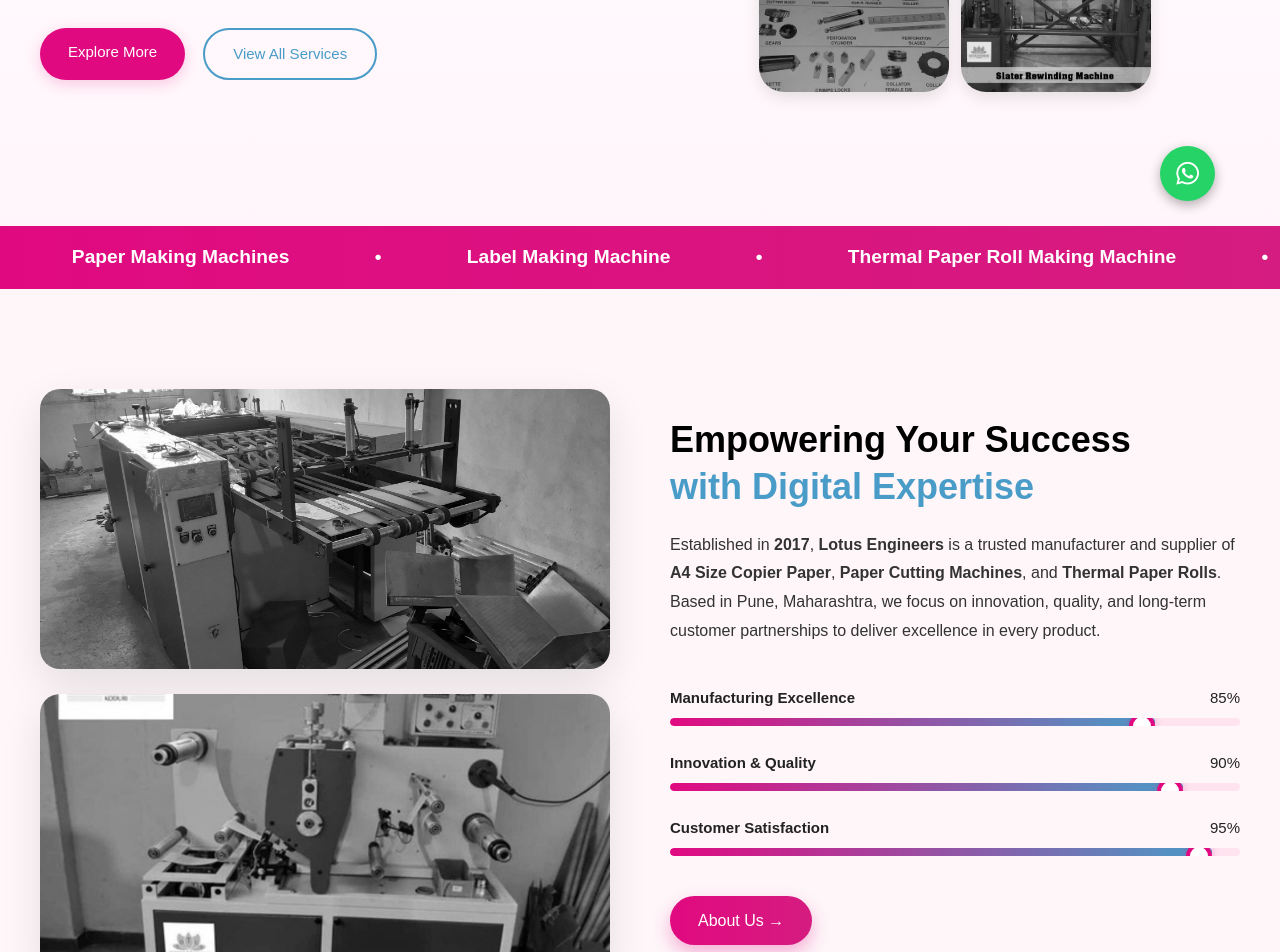
Repository: Khushichugh14/lotus-engineers
Page: index.html
These files come from the project's save history. The page is drawn as it stood at one moment and after the next save; the edit follows.
The browser window is 1280 px wide. The pictures show the part of the page from y = 494 to 1446 px (the page is 4456 px tall).
A picture or video elsewhere on the page could not be fetched, so the positions and the page height are approximate.

Above is the page before, as saved 2025-12-24 16:57:24.

### index.html
<!DOCTYPE html>
<html lang="en">

<head>
  <meta charset="UTF-8" />
  <meta name="viewport" content="width=device-width, initial-scale=1.0" />
  <title>Lotus Engineers</title>
  <link rel="stylesheet" href="style.css" />
  <script src="script.js" defer></script>
  <!-- Font Awesome Icons -->
  <link rel="stylesheet" href="navbar.css" />
  <script src="navbar.js" defer></script>
  <link rel="stylesheet" href="footer.css" />
  <link rel="stylesheet" href="https://cdnjs.cloudflare.com/ajax/libs/font-awesome/6.5.1/css/all.min.css" />


</head>

<body>




  <!-- ===== Hero Section ===== -->
  <section id="home" class="hero">
    <div class="hero-container">
      <!-- Left Content -->
      <div class="hero-left">
        <h5>Reliable Industrial Partners</h5>
        <h1>Empowering Your Success with <span>Lotus Engineers</span></h1>
        <p>
          Your trusted partner for industrial machinery and printing solutions,
          blending innovation with excellence.
        </p>
        <div class="hero-buttons">
          <a href="#products" class="btn primary">Explore More</a>
          <a href="#about" class="btn secondary">View All Services</a>
        </div>
      </div>

      <!-- Right Image Grid -->
      <div class="hero-right">
        <div class="image-grid">
          <img src="images/atm-1.jpeg.jpg" alt="">
          <img src="images/flexo-label-printing-machine (1).jpg" alt="">
          <img src="images/WhatsApp Image 2025-11-14 at 11.52.01_70df9b95.jpg" alt="">
          <img src="images/slater-.jpeg.jpg" alt="">
        </div>

      </div>
    </div>
  </section>


  <section class="product-strip">
    <div class="scrolling-wrapper">
      <div class="scrolling-content">
        <span>Cutting Machine</span>
        <span>•</span>
        <span>Printing Machine</span>
        <span>•</span>
        <span>Paper Making Machines</span>
        <span>•</span>
        <span>Label Making Machine</span>
        <span>•</span>
        <span>Thermal Paper Roll Making Machine</span>
        <span>•</span>
        <span>Flexographic Printing Machine</span>
        <span>•</span>
        <span>Slitter Rewinder Machine</span>
        <span>•</span>
        <span>Die Cutting Machine</span>
        <span>•</span>
        <span>Sheet Cutting Machine</span>
        <span>•</span>
        <span>Packaging Label Machine</span>
        <span>•</span>
        <span>Automatic Labeling Machine</span>
        <span>•</span>
        <span>Paper Cutting Machine</span>
        <span>•</span>
      </div>
    </div>
  </section>

  <!-- ===== About Us Section ===== -->
  <section id="about" class="about">
    <div class="about-container">
      <!-- LEFT SIDE IMAGES -->
      <div class="about-left">
        <div class="img-top">
          <img src="images/product-jpeg (1).jpg" alt="Team Discussion" />
        </div>
        <div class="img-bottom">
          <img src="images/rotary-die-cutting-machine.jpg" alt="Business Meeting" />
        </div>
      </div>

      <!-- RIGHT SIDE CONTENT -->
      <div class="about-right">
        <h2>Empowering Your Success<br /><span>with Digital Expertise</span></h2>
        <p>
          Established in <strong>2017</strong>, <strong>Lotus Engineers</strong> is a trusted manufacturer and supplier
          of
          <strong>A4 Size Copier Paper</strong>, <strong>Paper Cutting Machines</strong>, and
          <strong>Thermal Paper Rolls</strong>. Based in Pune, Maharashtra, we focus on
          innovation, quality, and long-term customer partnerships to deliver excellence in
          every product.
        </p>

        <div class="progress-section">
          <div class="progress-item">
            <div class="label">
              <strong>Manufacturing Excellence</strong> <span>85%</span>
            </div>
            <div class="progress-bar">
              <div class="progress" style="width: 85%"></div>
            </div>
          </div>

          <div class="progress-item">
            <div class="label">
              <strong>Innovation & Quality</strong> <span>90%</span>
            </div>
            <div class="progress-bar">
              <div class="progress" style="width: 90%"></div>
            </div>
          </div>

          <div class="progress-item">
            <div class="label">
              <strong>Customer Satisfaction</strong> <span>95%</span>
            </div>
            <div class="progress-bar">
              <div class="progress" style="width: 95%"></div>
            </div>
          </div>
        </div>
        <a href="#about-us" class="btn-about">About Us →</a>
      </div>
    </div>
  </section>

  <!-- ===== Why Choose Us Section ===== -->
  <section id="why-us" class="why-choose-us">
    <div class="wcu-container">
      <div class="wcu-left">
        <div class="finix-text">
          <h6>Transparent process</h6>
          <h2>Why people choose us</h2>
          <p>We follow a clear end‑to‑end process: consult, design, manufacture, install, and support. Timelines are
            shared upfront, quality is documented, and communication stays transparent at every step.</p>
          <div class="wcu-media">
            <img src="https://raw.githubusercontent.com/farazc60/Project-Images/main/why_choose_us.png"
              alt="Why choose us image">
          </div>
        </div>
      </div>
      <div class="wcu-right">
        <div class="wcu-features">
          <div class="feature-box">
            <div class="feature-box-content">
              <div class="fbc-btn"><span>✓</span></div>
              <h3>Quality Assurance</h3>
              <p>ISO-aligned checks, component testing, and trial runs ensure dependable performance.</p>
            </div>
          </div>
          <div class="feature-box">
            <div class="feature-box-content">
              <div class="fbc-btn"><span>⏱</span></div>
              <h3>On-time Delivery</h3>
              <p>Committed schedules backed by planned production and reliable logistics.</p>
            </div>
          </div>
          <div class="feature-box">
            <div class="feature-box-content">
              <div class="fbc-btn"><span>🛠</span></div>
              <h3>PAN‑India Service</h3>
              <p>Installation, training, and responsive after‑sales support across India.</p>
            </div>
          </div>
          <div class="feature-box active-feature">
            <div class="feature-box-content">
              <div class="fbc-btn"><span>₹</span></div>
              <h3>Transparent Pricing</h3>
              <p>Fair quotations with no hidden costs and clear total‑cost ownership.</p>
            </div>
          </div>
        </div>
      </div>
    </div>
  </section>

  <!-- ===== Products Section ===== -->
  <section id="products" class="products">
    <div class="products-head">
      <h2>Our Products</h2>
      <p>Precision-built machinery for modern manufacturing.</p>
    </div>
    <div class="product-grid premium">
      <div class="product-card glass">
        <div class="pc-img">
          <img src="images/rotary-die-cutting-machine.jpg" alt="Rotary Die Cutting Machine" />
          <span class="pc-tag">Cutting</span>
        </div>
        <div class="pc-body">
          <h3>Rotary Die Cutting</h3>
          <p>High precision, robust build, efficient throughput.</p>
        </div>
      </div>
      <div class="product-card glass">
        <div class="pc-img">
          <img src="images/paper-cutting-machine.jpeg.jpg" alt="Paper Sheet Cutting Machine" />
          <span class="pc-tag">Cutting</span>
        </div>
        <div class="pc-body">
          <h3>Paper Sheet Cutting</h3>
          <p>Reliable, fast, and safety compliant for industry.</p>
        </div>
      </div>
      <div class="product-card glass">
        <div class="pc-img">
          <img src="images/paper-slitting-machine-250x250.webp" alt="Paper Slitting Machine" />
          <span class="pc-tag">Slitting</span>
        </div>
        <div class="pc-body">
          <h3>Paper Slitting</h3>
          <p>Precision slitting with low maintenance design.</p>
        </div>
      </div>
      <div class="product-card glass">
        <div class="pc-img">
          <img src="images/flexo-label-printing-machine.jpg" alt="Flexographic Printing Machine" />
          <span class="pc-tag">Printing</span>
        </div>
        <div class="pc-body">
          <h3>Flexographic Printing</h3>
          <p>High-speed printing with consistent quality output.</p>
        </div>
      </div>
    </div>
    <div class="products-foot">
      <a href="products.html" class="btn primary">View All Products</a>
    </div>


  </section>








  <!-- ===== Testimonials Section ===== -->
  <section id="testimonials" class="testimonials">
    <h2>What Our Clients Say</h2>

    <div class="testimonial-box">

      <!-- Testimonial 1 -->
      <div class="info t1">
        <p>"Lotus Engineers provided excellent quality and timely service. Highly recommended!
          Lotus Engineers provided excellent quality and timely service. Highly recommended! "</p>
        <h4>— Ramesh Industries</h4>
        <div class="bottom-line"></div>
      </div>

      <!-- Testimonial 2 -->
      <div class="info t2">
        <p>"Their machines are durable and efficient. We’ve been long-term customers."</p>
        <h4>— Global Print Solutions</h4>
        <div class="bottom-line"></div>
      </div>

      <!-- Testimonial 3 -->
      <div class="info t3">
        <p>"Exceptional customer service and reliable machinery!"</p>
        <h4>— Sai Packaging Pvt. Ltd.</h4>
        <div class="bottom-line"></div>
    </div>
    </div>
  </section>

  <section id="floating-buttons" style="
  position: fixed;
  bottom: 25px;
  right: 25px;
  display: flex;
  flex-direction: column;
  gap: 12px;
  z-index: 9999;
">

    <!-- Back to Top -->
    <button id="backToTop" title="Back to Top" style="
      background:#e10980;
      width:55px;
      height:55px;
      border-radius:50%;
      display:flex;
      align-items:center;
      justify-content:center;
      box-shadow:0 4px 12px rgba(0,0,0,.3);
      color:white;
      font-size:22px;
      border:none;
      cursor:pointer;
      display:none;
    ">
      <i class="fa-solid fa-arrow-up"></i>
    </button>

    <!-- WhatsApp -->
    <a href="https://wa.me/7720060073" target="_blank" style="
      background:#25D366;
      width:55px;
      height:55px;
      border-radius:50%;
      display:flex;
      align-items:center;
      justify-content:center;
      box-shadow:0 4px 12px rgba(0,0,0,.3);
      color:white;
      font-size:26px;
     " title="Chat on WhatsApp">
      <i class="fa-brands fa-whatsapp"></i>
    </a>
  </section>



</body>

</html>

### script.js
// Mobile menu toggle

const menuToggle = document.getElementById("menu-toggle");
const navLinks = document.querySelector(".nav-links");

if (menuToggle && navLinks) {
  menuToggle.addEventListener("click", () => {
    navLinks.classList.toggle("active");
  });
}



const testimonials = document.querySelector('.testimonials');
if ('IntersectionObserver' in window && testimonials) {
  const io = new IntersectionObserver((entries) => {
    entries.forEach((entry) => {
      if (entry.isIntersecting) {
        testimonials.classList.add('visible');
      } else {
        testimonials.classList.remove('visible');
      }
    });
  }, { threshold: 0.3 });
  io.observe(testimonials);
}

// Back to Top button
const backToTop = document.getElementById("backToTop");

window.addEventListener("scroll", () => {
  if (window.scrollY > 300) {
    backToTop.style.display = "flex";
  } else {
    backToTop.style.display = "none";
  }
});

backToTop.addEventListener("click", () => {
  window.scrollTo({
    top: 0,
    behavior: "smooth"
  });
});

### navbar.css
/* ========================== TOP BAR ========================== */
.top-bar {
  background: linear-gradient(90deg, #e10980, #d51c80);
  color: #fff;
  display: flex;
  justify-content: space-between;
  align-items: center;
  padding: 8px 40px;
  font-size: 14px;
}

.contact-info span {
  margin-right: 20px;
  display: inline-flex;
  align-items: center;
}

/* ========================== SOCIAL ICONS ========================== */
.social-icons {
  display: flex;
  align-items: center;
  gap: 15px;
}

.social-icons a {
  display: inline-flex;
  align-items: center;
  justify-content: center;
  width: 34px;
  height: 34px;
  border-radius: 50%;
  background: #fff;
  overflow: hidden;
  transition: transform 0.3s ease, box-shadow 0.3s ease;
}

.social-icons a:hover {
  transform: translateY(-3px);
  box-shadow: 0 4px 10px rgba(225, 9, 128, 0.3);
}

.social-icons img {
  width: 20px;
  height: 20px;
  object-fit: contain;
  transition: transform 0.3s ease;
}
.social-icons a:hover img { transform: scale(1.08); }


/* ========================== NAVBAR ========================== */
.navbar {
  position: fixed;
  top: 0;
  width: 100%;
  background: rgba(255, 255, 255, 0.95);
  backdrop-filter: blur(10px);
  z-index: 999;
  box-shadow: 0 4px 20px rgba(225, 9, 128, 0.1);
  transition: all 0.3s ease;
}

.nav-container {
  display: flex;
  align-items: center;
  justify-content: space-between;
  padding: 15px 20px;
  max-width: 1300px;
  margin: auto;
}

.logo img {
  width: 130px;
  transition: transform 0.3s ease;
}

.logo img:hover {
  transform: scale(1.05);
}

.nav-links {
  display: flex;
  gap: 30px;
  align-items: center;
}

.nav-links a {
  color: #2b2b2b;
  font-weight: 500;
  position: relative;
  transition: color 0.3s ease;
  text-decoration: none;
}

.nav-links a::after {
  content: "";
  position: absolute;
  bottom: -6px;
  left: 0;
  width: 0%;
  height: 2px;
  background: linear-gradient(90deg, #e10980, #499cc8);
  transition: width 0.3s ease;
}

.nav-links a:hover::after,
.nav-links a.active::after {
  width: 100%;
}



.nav-links a:hover,
.nav-links a.active {
  color: #e10980;
}

/* ====== Search Box ====== */
.search-box {
  display: flex;
  align-items: center;
  border: 1.5px solid #e10980;
  border-radius: 25px;
  overflow: hidden;
  transition: 0.3s ease;
}

.search-box input {
  padding: 8px 12px;
  border: none;
  outline: none;
  font-size: 14px;
  width: 160px;
  transition: width .25s ease;
}

.search-box:focus-within input {
  width: 320px;
}

.search-box button {
  background: linear-gradient(90deg, #e10980, #499cc8);
  color: #fff;
  border: none;
  padding: 8px 15px;
  font-size: 14px;
  cursor: pointer;
  transition: opacity 0.3s ease;
}

.search-box button:hover {
  opacity: 0.85;
}

/* ====== Mobile Menu ====== */
.menu-toggle {
  display: none;
  color: #e10980;
  font-size: 26px;
  cursor: pointer;
}

/* ====== Mobile Dropdown Menu (NO OUTER BLOCK) ====== */
@media (max-width: 1024px) {

  .menu-toggle {
    display: block;
  }

  .search-box {
    display: none;
  }

  /* Dropdown container (no background, no card) */
  .nav-links {
    display: none;
    flex-direction: column;
    position: fixed;
    top: 120px;
    left: 50%;
    transform: translateX(-50%);
    width: 90%;
    max-width: 360px;
    padding: 0;                /* 🔴 no outer padding */
    background: transparent;  /* 🔴 remove outer block */
    box-shadow: none;         /* 🔴 remove outer shadow */
    gap: 14px;
    z-index: 1000;
  }

  .nav-links.active {
    display: flex;
  }

  /* Individual menu items only */
  .nav-links a {
    display: block;
    width: 100%;
    padding: 18px;
    background: #ffffff;
    border-radius: 18px;
    font-size: 16px;
    font-weight: 500;
    color: #2b2b2b;
    text-decoration: none;
    box-shadow: 0 8px 20px rgba(0,0,0,0.08);
    transition: all 0.25s ease;
  }

  .nav-links a:hover {
    background: #f5f5f5;
  }

  .nav-links a.active {
    background: #fde8f1;
    color: #e10980;
  }

  /* Remove desktop underline animation */
  .nav-links a::after {
    display: none;
  }
}

### footer.css
/* ========================== FOOTER REDESIGN ========================== */
.footer {
  background: linear-gradient(135deg, #c7d2fe 0%, #fbcfe8 100%);
  padding: 80px 20px 40px;
  font-family: "Poppins", sans-serif;
  color: #333;
  position: relative;
  overflow: hidden;
}

.footer-container {
  max-width: 1200px;
  margin: 0 auto;
  display: grid;
  grid-template-columns: repeat(3, 1fr);
  gap: 30px;
  background: rgba(255, 255, 255, 0.4);
  backdrop-filter: blur(15px);
  padding: 40px;
  border-radius: 40px;
  border: 1px solid rgba(255, 255, 255, 0.6);
  box-shadow: 0 15px 35px rgba(0, 0, 0, 0.05);
  position: relative;
  z-index: 2;
}

/* Footer Cards */
.footer-card {
  background: #ffffff;
  padding: 30px;
  border-radius: 25px;
  box-shadow: 0 8px 20px rgba(0, 0, 0, 0.04);
  display: flex;
  flex-direction: column;
}

/* About Card */
.footer-logo-container {
  margin-bottom: 20px;
}

.footer-logo-container img {
  max-height: 60px;
  border-radius: 8px;
}

.footer-about p {
  font-size: 14px;
  line-height: 1.6;
  color: #555;
  margin-bottom: 20px;
}

.footer-social {
  display: flex;
  gap: 12px;
  margin-top: auto;
}

.footer-social a {
  width: 40px;
  height: 40px;
  background: #e10980;
  color: #fff;
  border-radius: 50%;
  display: flex;
  align-items: center;
  justify-content: center;
  font-size: 16px;
  transition: transform 0.3s ease, background 0.3s ease;
  text-decoration: none;
}

.footer-social a:hover {
  transform: translateY(-3px);
  background: #c1076d;
}

/* Quick Links Card */
.footer-links h4 {
  color: #e10980;
  font-size: 18px;
  font-weight: 700;
  margin-bottom: 20px;
  position: relative;
}

.footer-links ul {
  list-style: none;
  padding: 0;
}

.footer-links li {
  margin-bottom: 12px;
}

.footer-links a {
  color: #555;
  text-decoration: none;
  font-size: 15px;
  transition: color 0.3s ease;
}

.footer-links a:hover {
  color: #e10980;
}

/* Contact Card */
.footer-contact h4 {
  color: #e10980;
  font-size: 18px;
  font-weight: 700;
  margin-bottom: 20px;
}

.footer-contact p {
  font-size: 14px;
  line-height: 1.6;
  color: #555;
  margin-bottom: 15px;
}

.footer-contact a {
  color: #0ea5e9;
  text-decoration: none;
}

.footer-contact a:hover {
  text-decoration: underline;
}

/* Footer Bottom */
.footer-bottom {
  text-align: center;
  margin-top: 50px;
  padding-top: 20px;
  border-top: 1px solid rgba(225, 9, 128, 0.2);
  font-size: 13px;
  color: #555;
}

.footer-bottom .dev-name {
  color: #e10980;
  font-weight: 600;
}

/* Responsive */
@media (max-width: 1024px) {
  .footer-container {
    grid-template-columns: repeat(2, 1fr);
  }
}

@media (max-width: 768px) {
  .footer {
    padding: 60px 15px 30px;
  }
  .footer-container {
    grid-template-columns: 1fr;
    padding: 25px;
    border-radius: 30px;
    gap: 20px;
  }
  .footer-card {
    padding: 20px;
  }
}

/* ==========================
   RESPONSIVE – FOOTER
========================== */

@media (max-width: 1024px) {
  .footer-container {
    grid-template-columns: repeat(2, 1fr);
  }
}

@media (max-width: 768px) {
  .footer-container {
    grid-template-columns: 1fr;
    text-align: center;
  }

  .footer-social {
    justify-content: center;
  }
}

### navbar.html
<!-- ===================== NAVBAR COMPONENT ===================== -->
<header class="navbar">
  <!-- ===== Top Bar ===== -->
   <div class="mobile-backdrop">
    <div class="top-bar">
    <div class="contact-info">
      <span>📞 8668641842</span>
      <span>✉️ lotusengg18@gmail.com</span>
      <span>📍 Pune, Maharashtra</span>
    </div>

    <div class="social-icons">
      <a href="https://www.facebook.com/" target="_blank">
        <img src="images/facebook.png" alt="Facebook" />
      </a>
      <a href="https://www.instagram.com/" target="_blank">
        <img src="images/insta.avif" alt="Instagram" />
      </a>
      <a href="https://www.linkedin.com/" target="_blank">
        <img src="images/linkedin.webp" alt="LinkedIn" />
      </a>
    </div>
  </div>

  <!-- ===== Main Navbar ===== -->
  <div class="nav-container">
    <div class="logo">
      <img src="icons/logo.jpg" alt="Lotus Engineers Logo" />
    </div>

    <nav class="nav-links hidden" id="nav-links">
      <a href="index.html" >Home</a>
      <a href="about.html" >About Us</a>
      <a href="products.html" >Our Products</a>
      <a href="gallery.html" >Gallery</a>
      <a href="contact.html" >Contact</a>
    </nav>

    <div class="search-box">
      <input type="text" id="productSearch" placeholder="Search..." />
      <button>Search</button>
    </div>

    <div class="menu-toggle" id="menu-toggle">&#9776;</div>
  </div>
   </div>

</header>

### footer.html
<html lang="en">

<head>
  <meta charset="UTF-8">
  <meta name="viewport" content="width=device-width, initial-scale=1.0">
  <title>Document</title>
</head>

<body>
  <!-- footer.html -->
  <footer class="footer">
    <div class="footer-container">
      <!-- About Card -->
      <div class="footer-card footer-about">
        <div class="footer-logo-container">
          <img src="icons/logo.jpg" alt="Lotus Engineers Logo" />
        </div>
        <p>
          <strong>Lotus Engineers</strong> — Manufacturer and Supplier of high-quality
          cutting and printing machinery, based in Pune, Maharashtra.
        </p>
        <div class="footer-social">
          <a href="#" target="_blank"><i class="fa-brands fa-facebook-f"></i></a>
          <a href="#" target="_blank"><i class="fa-brands fa-instagram"></i></a>
          <a href="#" target="_blank"><i class="fa-brands fa-linkedin-in"></i></a>
        </div>
      </div>

      <!-- Links Card -->
      <div class="footer-card footer-links">
        <h4>Quick Links</h4>
        <ul>
          <li><a href="index.html">Home</a></li>
          <li><a href="about.html">About</a></li>
          <li><a href="products.html">Products</a></li>
          <li><a href="contact.html">Contact</a></li>
        </ul>
      </div>

      <!-- Contact Card -->
      <div class="footer-card footer-contact">
        <h4>Contact Us</h4>
        <div class="contact-info">
          <p>Lotus Engineers Survey No. 30/27, Milkat No. 5/558, Dambar Plant Road, Dhayri Pune - 411041, Maharashtra,
            India</p>
          <p><strong>Call:</strong><br />
            <a href="tel:8688005711">8688005711</a><br />
            <a href="tel:9823386085">9823386085</a>
          </p>
          <p><strong>Email:</strong> <a href="mailto:info@lotusengineers.in">info@lotusengineers.in</a></p>
        </div>
      </div>
    </div>

    <div class="footer-bottom">
      <p>Developed by <span class="dev-name">DWI</span> © 2025 <strong>Lotus Engineers</strong>. All Rights Reserved.
      </p>
    </div>
  </footer>
</body>

</html>

Loaded but not shown: navbar.js (63 lines, source omitted); style.css (1039 lines, source omitted)

After the next save:
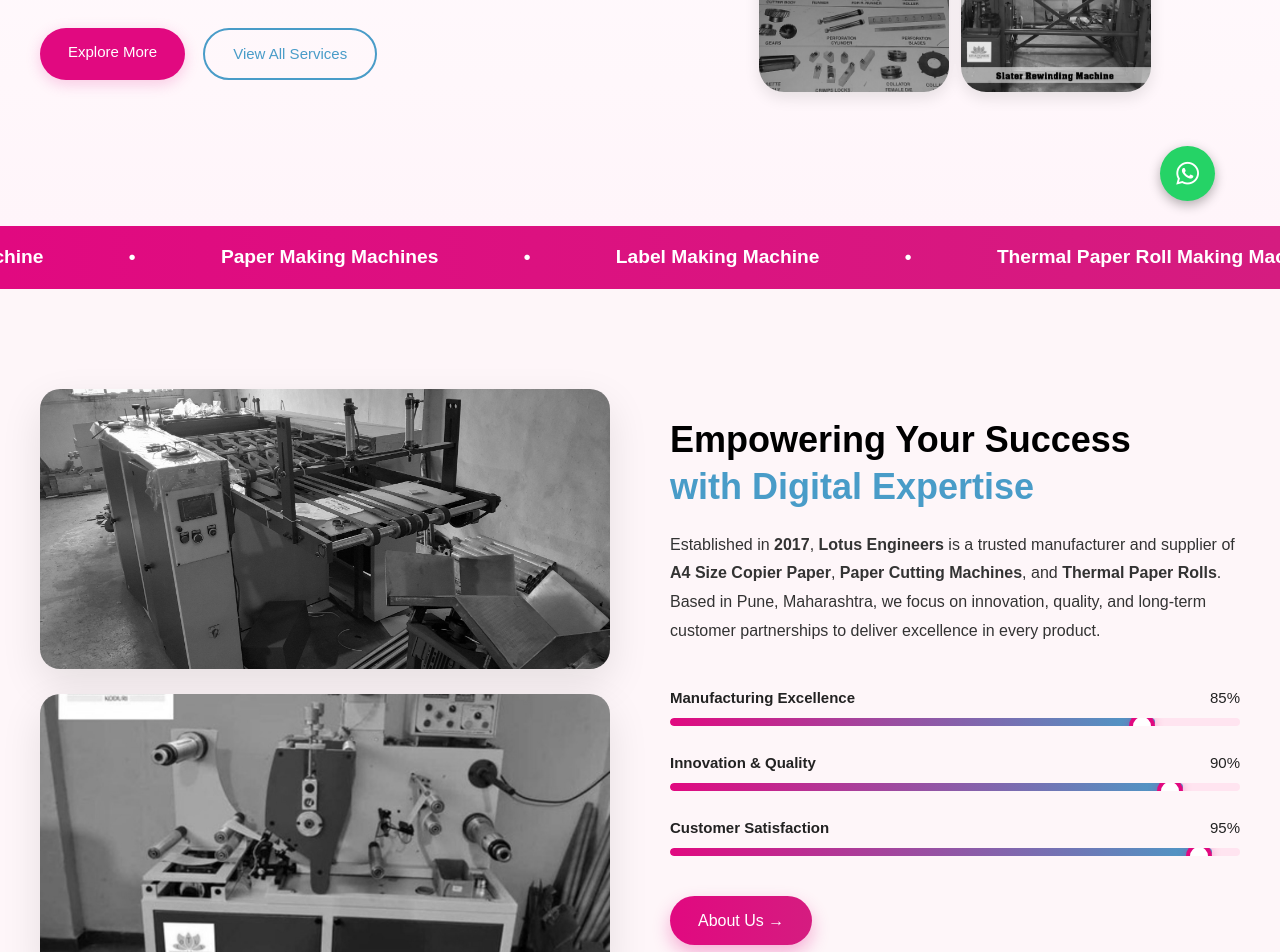
Saved 2 min 49 s later.
--- a/script.js
+++ b/script.js
@@ -24,21 +24,3 @@
   }, { threshold: 0.3 });
   io.observe(testimonials);
 }
-
-// Back to Top button
-const backToTop = document.getElementById("backToTop");
-
-window.addEventListener("scroll", () => {
-  if (window.scrollY > 300) {
-    backToTop.style.display = "flex";
-  } else {
-    backToTop.style.display = "none";
-  }
-});
-
-backToTop.addEventListener("click", () => {
-  window.scrollTo({
-    top: 0,
-    behavior: "smooth"
-  });
-});
